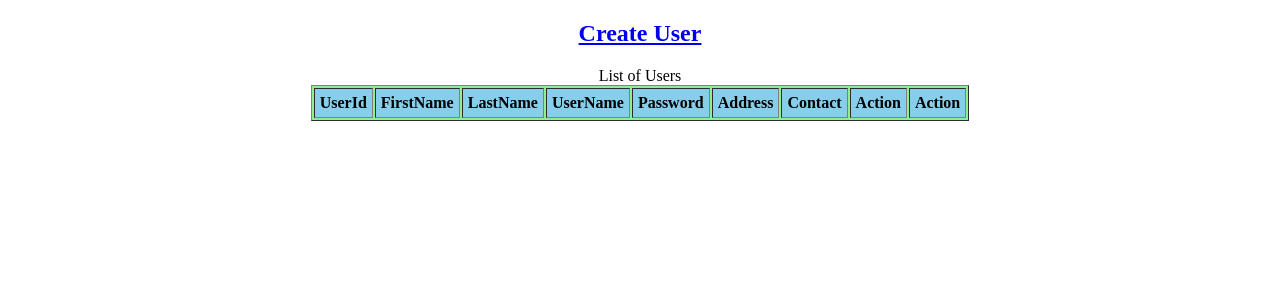
Repository: Shivanishinde8225/User-Managment-System
Page: http://localhost/RegistrationUserApp/ListUsers.jsp
These files come from the project's save history. The page is drawn as it stood at one moment and after the next save; the edit follows.
The browser window is 1280 px wide. The pictures show the whole page.
The page is served by Tomcat 9. Queries for data that is not in the repository find no rows.

Above is the page before, as saved 2023-04-02 06:13:42.

After the next save:
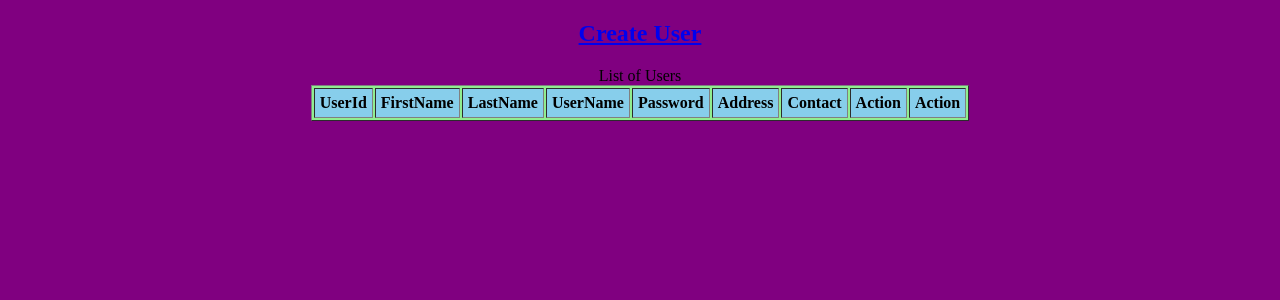
Saved 2 min 24 s later.
--- a/RegistrationUserApp/webapp/ListUsers.jsp
+++ b/RegistrationUserApp/webapp/ListUsers.jsp
@@ -9,7 +9,7 @@
 <meta charset="UTF-8">
 <title>Insert title here</title>
 </head>
-<body>
+<body bgcolor = "purple">
  <center>
 		<h2><a href = "RegistrationForm.jsp">Create User</a></h2>
 	</center>
